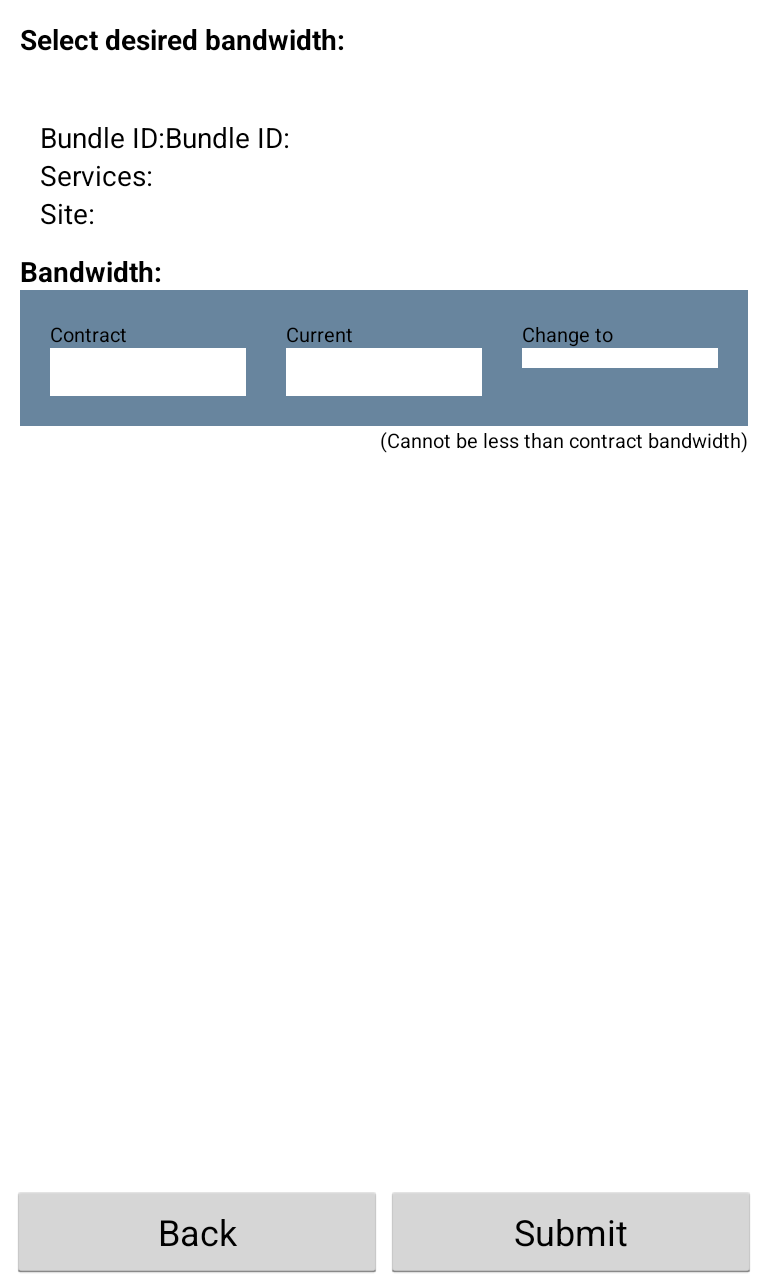
Repository: Pradeep-appstute/First
Layout: Control/res/layout/modifyservicedetail.xml
An editor plug-in stored every save of this project. The layout is shown before and after the next save, followed by the edit.
It is drawn on a 768 x 1280 px phone screen (xhdpi) without system bars, with theme AppTheme; the app's code is not run.

Above is the layout before, as saved 2014-03-12 09:31:28.

After the next save:
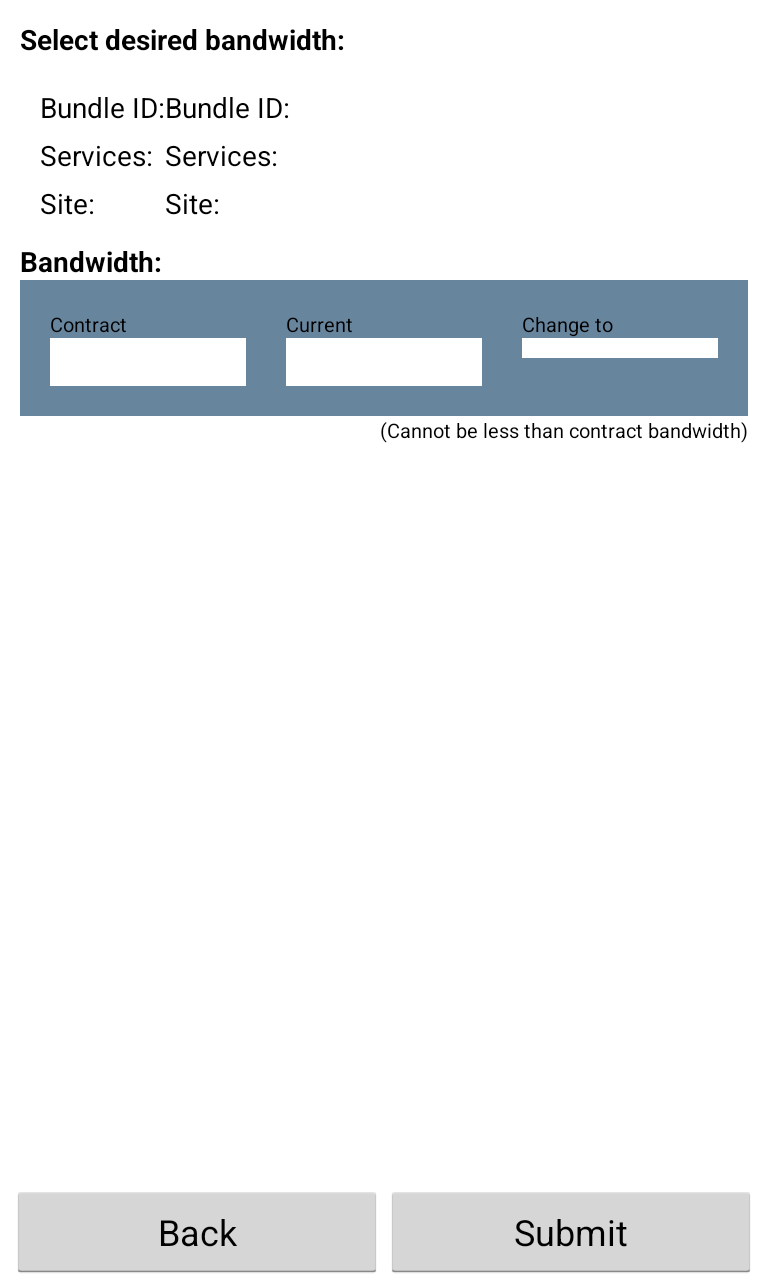
Saved 95 s later.
--- a/Control/res/layout/modifyservicedetail.xml
+++ b/Control/res/layout/modifyservicedetail.xml
@@ -30,35 +30,57 @@
                 android:orientation="vertical"
                 android:padding="10dp" >
 
-                    <TableLayout
-        android:layout_width="fill_parent"
-        android:layout_height="fill_parent" >
-<TableRow android:layout_marginTop="20dip" >
-                    <TextView
-                    android:layout_width="wrap_content"
-                    android:layout_height="wrap_content"
-                    android:text="@string/servicedetails_bundleid"
-                    android:textColor="#000" />
-                <TextView
-                    android:id="@+id/txtview_bundleid"
-                    android:layout_width="wrap_content"
-                    android:layout_height="wrap_content"
-                    android:text="@string/servicedetails_bundleid"
-                    android:textColor="#000" />
-</TableRow>
-                <TextView
-                    android:id="@+id/txtview_services"
-                    android:layout_width="wrap_content"
-                    android:layout_height="wrap_content"
-                    android:text="@string/servicedetails_services"
-                    android:textColor="#000" />
-
-                <TextView
-                    android:id="@+id/txtview_site"
-                    android:layout_width="wrap_content"
-                    android:layout_height="wrap_content"
-                    android:text="@string/servicedetails_site"
-                    android:textColor="#000" />
+                <TableLayout
+                    android:layout_width="fill_parent"
+                    android:layout_height="fill_parent" >
+
+                    <TableRow android:layout_marginTop="5dip" >
+
+                        <TextView
+                            android:layout_width="wrap_content"
+                            android:layout_height="wrap_content"
+                            android:text="@string/servicedetails_bundleid"
+                            android:textColor="#000" />
+
+                        <TextView
+                            android:id="@+id/txtview_bundleid"
+                            android:layout_width="wrap_content"
+                            android:layout_height="wrap_content"
+                            android:text="@string/servicedetails_bundleid"
+                            android:textColor="#000" />
+                    </TableRow>
+
+                    <TableRow android:layout_marginTop="5dip" >
+
+                        <TextView
+                            android:layout_width="wrap_content"
+                            android:layout_height="wrap_content"
+                            android:text="@string/servicedetails_services"
+                            android:textColor="#000" />
+
+                        <TextView
+                            android:id="@+id/txtview_services"
+                            android:layout_width="wrap_content"
+                            android:layout_height="wrap_content"
+                            android:text="@string/servicedetails_services"
+                            android:textColor="#000" />
+                    </TableRow>
+
+                    <TableRow android:layout_marginTop="5dip" >
+
+                        <TextView
+                            android:layout_width="wrap_content"
+                            android:layout_height="wrap_content"
+                            android:text="@string/servicedetails_site"
+                            android:textColor="#000" />
+
+                        <TextView
+                            android:id="@+id/txtview_site"
+                            android:layout_width="wrap_content"
+                            android:layout_height="wrap_content"
+                            android:text="@string/servicedetails_site"
+                            android:textColor="#000" />
+                    </TableRow>
                 </TableLayout>
             </LinearLayout>
 
